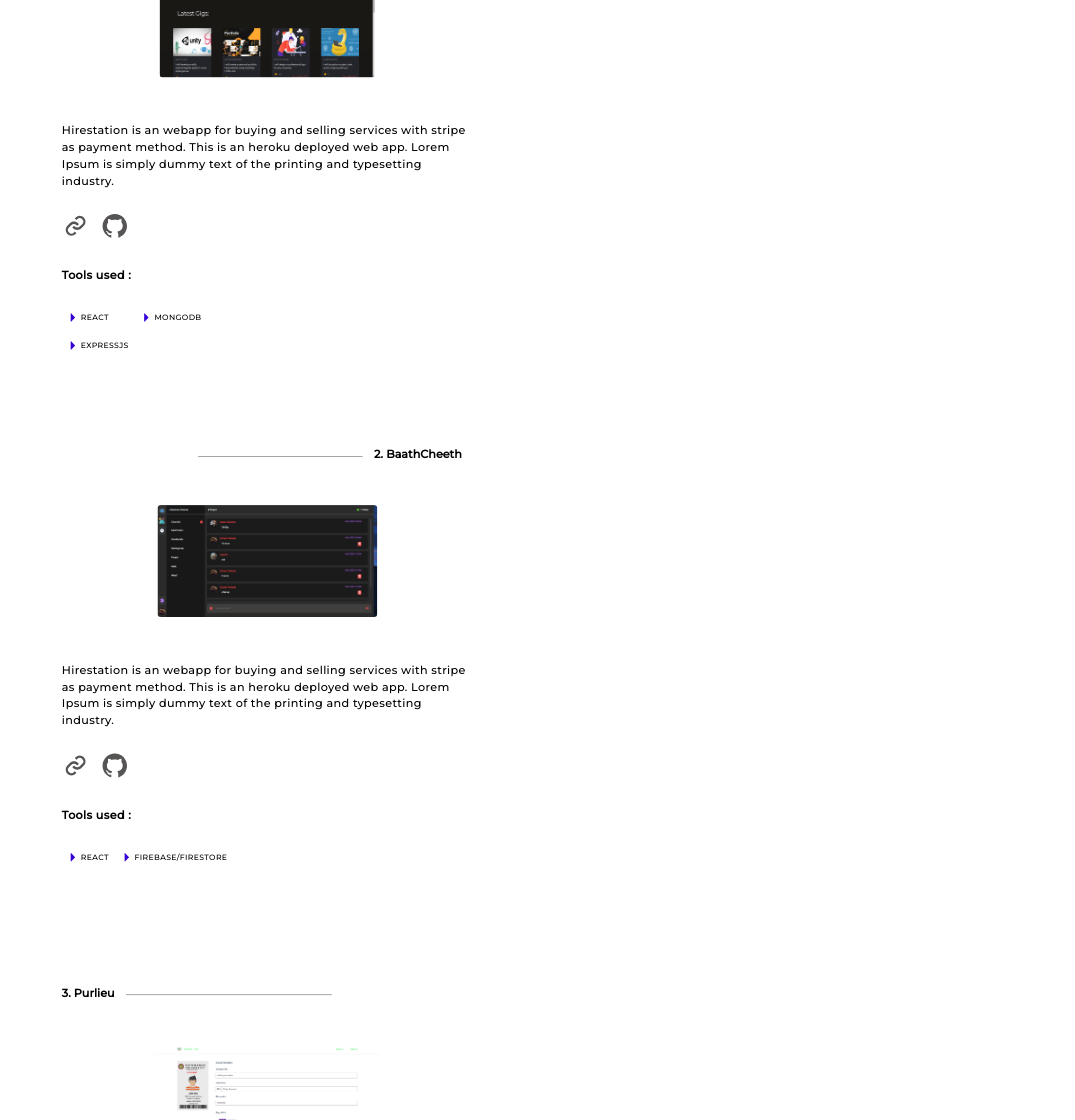
Repository: iamsumanp/portfolio
Page: /
These files come from the project's save history. The page is drawn as it stood at one moment and after the next save; the edit follows.
The browser window is 768 px wide. The page is 1536 px wide, so the pictures cover 1536 px, including what lies to the right of the window. The pictures show the part of the page from y = 2742 to 4342 px (the page is 5929 px tall), at 70% of full size.
The project was rebuilt for these pictures with package versions that can differ from the ones it lists, and the page was loaded fresh each time.

Above is the page before, as saved 2022-07-06 17:20:02.

After the next save:
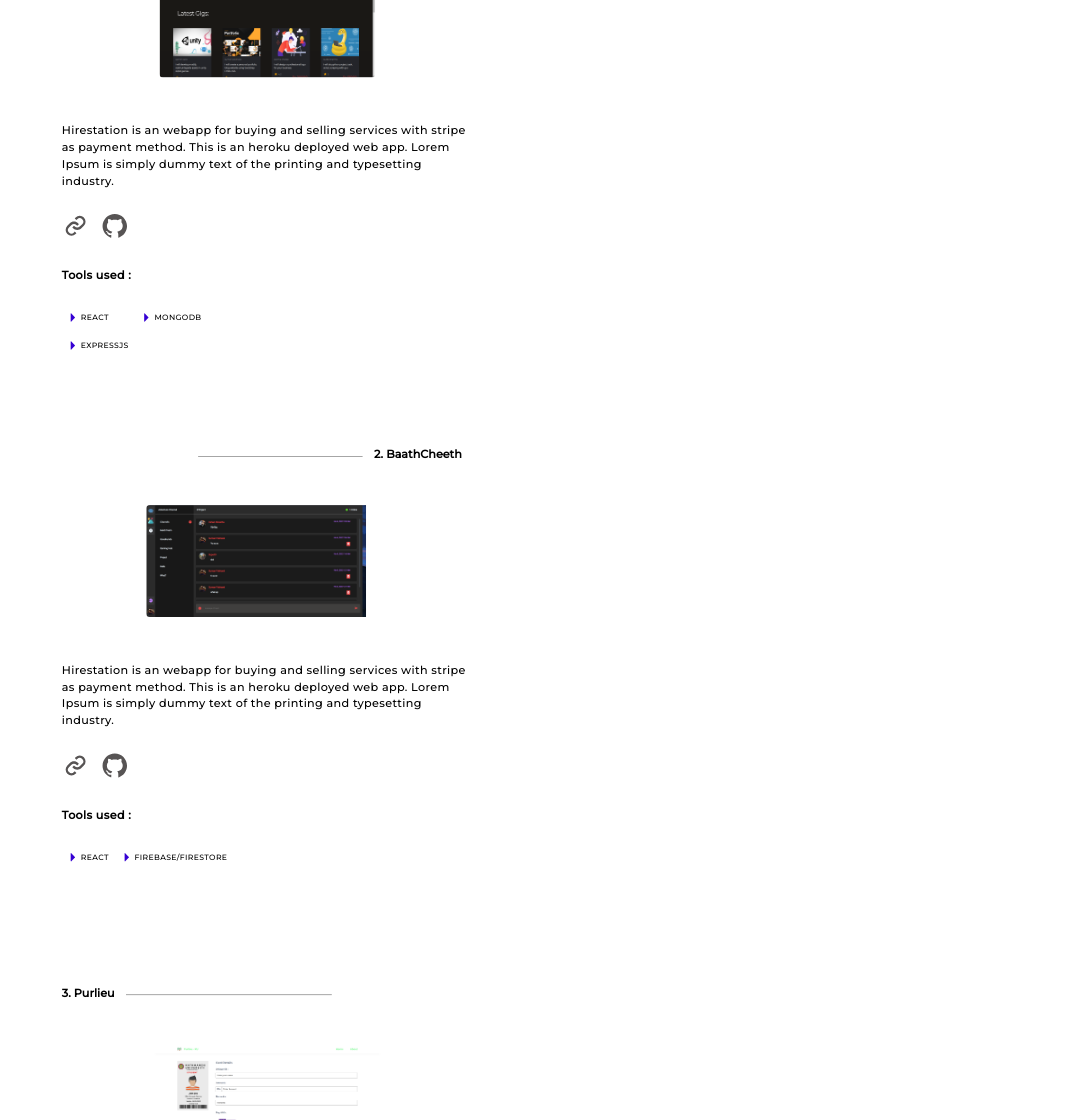
Saved 4 min 33 s later.
--- a/src/styles/styles.css
+++ b/src/styles/styles.css
@@ -453,6 +453,7 @@
   height: 15rem;
   border-radius: 5px;
   margin-right: auto;
+  padding-right: 2rem;
 }
 @media (max-width: 1100px) {
   .projectContentAndImage1 .baathcheethImg {
@@ -599,4 +600,4 @@
   .spSpan {
     text-align: center;
   }
-}/*# sourceMappingURL=styles_20220706172002.css.map */
+}/*# sourceMappingURL=styles_20220706172435.css.map */

After the save that followed:
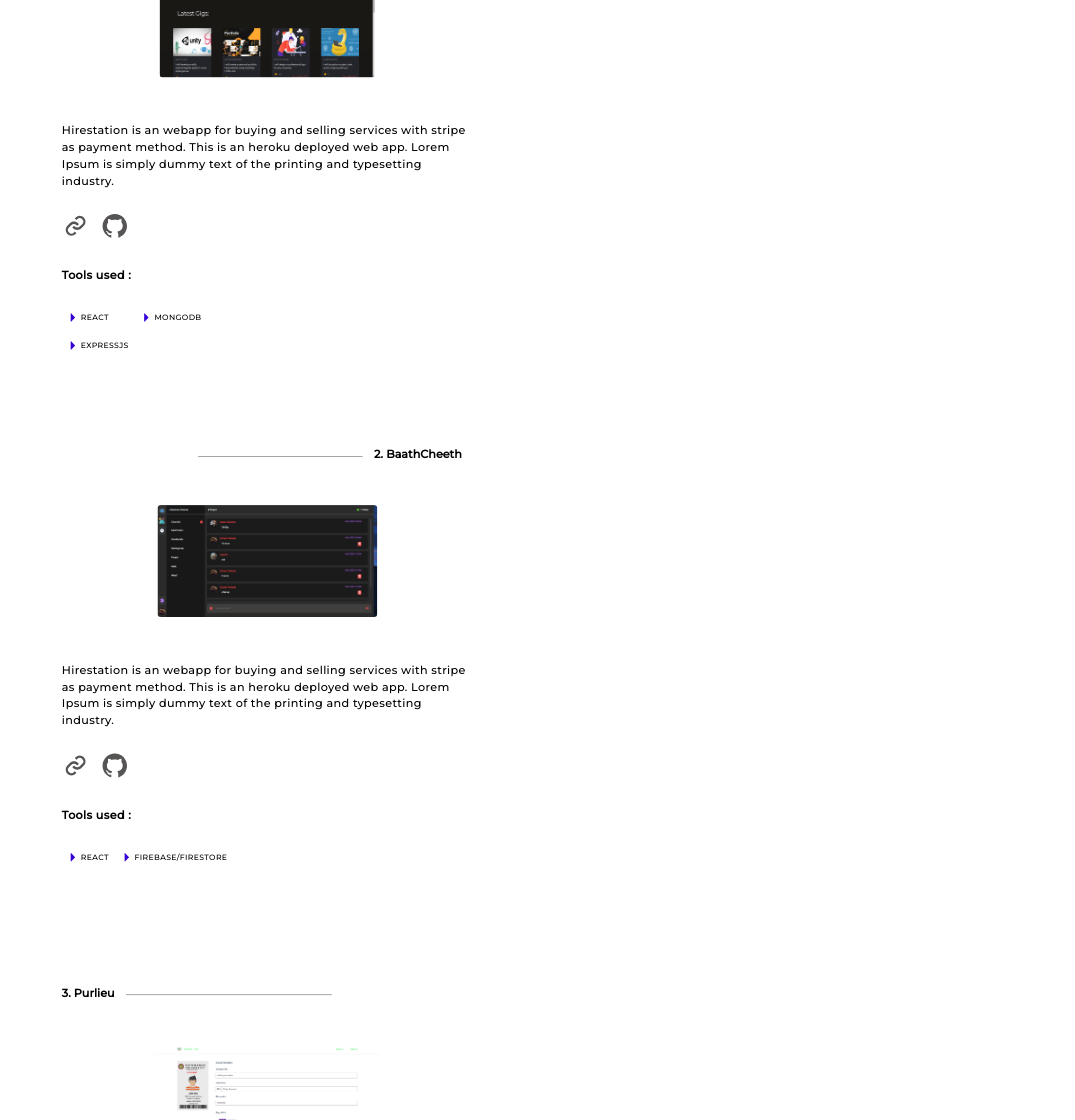
Saved 7 s later.
--- a/src/styles/styles.css
+++ b/src/styles/styles.css
@@ -453,7 +453,6 @@
   height: 15rem;
   border-radius: 5px;
   margin-right: auto;
-  padding-right: 2rem;
 }
 @media (max-width: 1100px) {
   .projectContentAndImage1 .baathcheethImg {
@@ -600,4 +599,4 @@
   .spSpan {
     text-align: center;
   }
-}/*# sourceMappingURL=styles_20220706172435.css.map */
+}/*# sourceMappingURL=styles_20220706172442.css.map */
